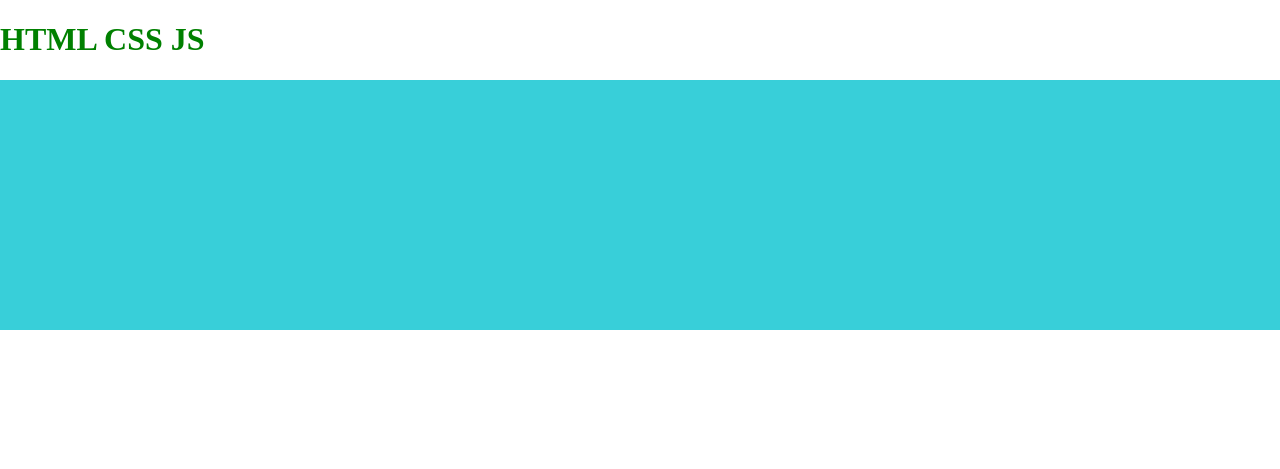
Repository: ufanodev/responsive-1
Page: index.html
These files come from the project's save history. The page is drawn as it stood at one moment and after the next save; the edit follows.
The browser window is 1280 px wide. The pictures show the whole page.

Above is the page before, as saved 2022-12-09 21:07:57.
Not found: js/app.js

After the next save:
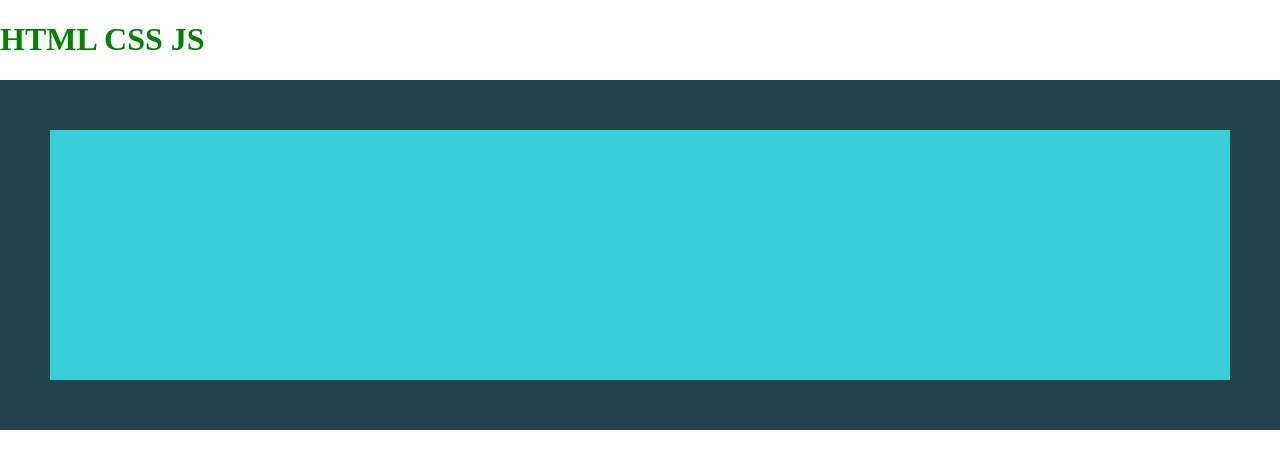
Saved 40 s later.
--- a/css/style.css
+++ b/css/style.css
@@ -10,7 +10,7 @@
 
 .parent{
     background-color:  #23424A;
-    padding: 50 px;
+    padding: 50px;
 }
 
 .child{
